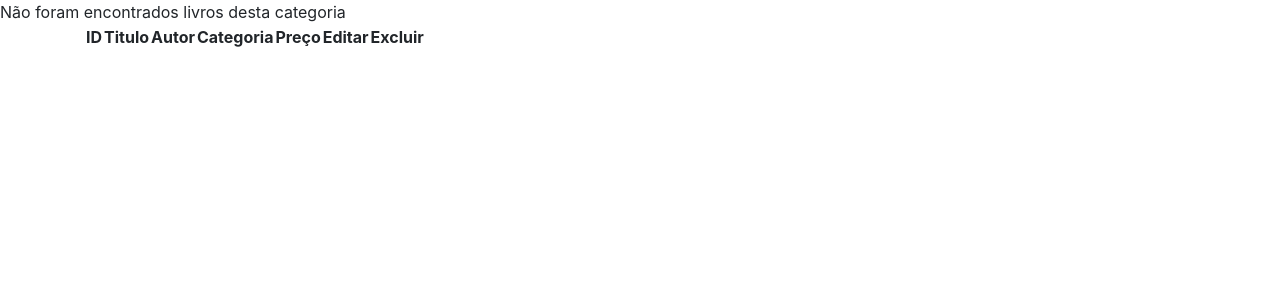
Repository: SrtaVerdant/projeto-livraria
Page: http://localhost/ProjetoLivraria/consultaLivroPorCategoria.jsp
An editor plug-in stored every save of this project. The page is shown before and after a run of saves, followed by the edit.
The browser window is 1280 px wide. The pictures show the whole page.
Some web libraries are served in a nearby version. The page is served by Tomcat 9. Other server files are loaded and not shown. Queries for data that is not in the repository find no rows.

Above is the page before, as saved 2022-10-29 23:45:16.

### ProjetoLivraria/src/main/webapp/consultaLivroPorCategoria.jsp
<%@page import="com.livraria.dao.CategoriaDao"%>
<%@page import="com.livraria.bean.Categoria"%>
<%@page import="java.util.List"%>
<%@ page language="java" contentType="text/html; charset=ISO-8859-1"
    pageEncoding="UTF-8"%>
<!DOCTYPE html>
<html>
	<head>
		<meta charset="UTF-8">
		<title>Consultar livro por categoria</title>
		<link rel="stylesheet" href="https://cdn.jsdelivr.net/npm/bootstrap@4.0.0/dist/css/bootstrap.min.css" integrity="sha384-Gn5384xqQ1aoWXA+058RXPxPg6fy4IWvTNh0E263XmFcJlSAwiGgFAW/dAiS6JXm" crossorigin="anonymous">
		<script src="https://code.jquery.com/jquery-3.2.1.slim.min.js" integrity="sha384-KJ3o2DKtIkvYIK3UENzmM7KCkRr/rE9/Qpg6aAZGJwFDMVNA/GpGFF93hXpG5KkN" crossorigin="anonymous"></script>
		<script src="https://cdn.jsdelivr.net/npm/popper.js@1.12.9/dist/umd/popper.min.js" integrity="sha384-ApNbgh9B+Y1QKtv3Rn7W3mgPxhU9K/ScQsAP7hUibX39j7fakFPskvXusvfa0b4Q" crossorigin="anonymous"></script>
		<script src="https://cdn.jsdelivr.net/npm/bootstrap@4.0.0/dist/js/bootstrap.min.js" integrity="sha384-JZR6Spejh4U02d8jOt6vLEHfe/JQGiRRSQQxSfFWpi1MquVdAyjUar5+76PVCmYl" crossorigin="anonymous"></script>
	</head>
	<body>

		<%@page import="com.livraria.bean.*, com.livraria.dao.*" %>
		<%@ taglib uri="http://java.sun.com/jsp/jstl/core" prefix="c" %>

		<%
			String categoria = request.getParameter("categoria");
			List<Livro> livro = LivroDao.getLivroPorCategoria(categoria);
			request.setAttribute("livro", livro);

			if(livro.isEmpty()){
				out.println("Não foram encontrados livros desta categoria");
			}
		%>

		<div class="container">
			<table>
				<tr>
					<th>ID</th>
					<th>Titulo</th>
					<th>Autor</th>
					<th>Categoria</th>
					<th>Preço</th>
					<th>Editar</th>
					<th>Excluir</th>
				</tr>




				<c:forEach items="${livro}" var="livro">
					<tr>
						<td>${livro.getCodlivro()}</td>
						<td>${livro.getTitulo()}</td>
						<td>${livro.getAutor()}</td>
						<td>${livro.getCategoria()}</td>
						<td>${livro.getPreco()}</td>
						<td> <a href="editar.jsp?codlivro=${livro.getCodlivro()}">Editar</a> </td>
						<td> <a href="">Excluir</a> </td>
					</tr>
				</c:forEach>
			</table>
		</div>


	</body>

</html>

### ProjetoLivraria/src/main/java/com/livraria/dao/LivroDao.java
package com.livraria.dao;

import java.sql.Connection;
import java.sql.DriverManager;
import java.sql.PreparedStatement;
import java.sql.ResultSet;
import java.sql.SQLException;
import java.util.ArrayList;
import java.util.List;

import com.livraria.bean.Livro;

public class LivroDao {
	public static Connection getConnection() {
		Connection connection = null;

		try {
			Class.forName("com.mysql.cj.jdbc.Driver");
			connection = DriverManager.getConnection("jdbc:mysql://localhost/bdlivraria", "root", "root");
		}catch (Exception e) {
			System.out.println(e);
		}
		return connection;
	}


	public static List<Livro> listar() {
		List<Livro> list = new ArrayList<Livro>();

		try {
			Connection connection = getConnection();
			PreparedStatement ps = connection.prepareStatement("SELECT * FROM tblivros");
			ResultSet rs = ps.executeQuery();

			while(rs.next()) {
				Livro livro = new Livro();
				livro.setCodlivro(rs.getInt("codlivro"));
				livro.setTitulo(rs.getString("titulo"));
				livro.setAutor(rs.getString("autor"));
				livro.setCategoria(rs.getString("categoria"));;
				livro.setPreco(rs.getFloat("valor"));
				list.add(livro);
			}
		}catch (Exception e) {
			System.out.println(e);
		}

		return list;
	}

	public static Livro getPorId(int codlivro) {
		Livro livro = null;

		try {
			Connection connection = getConnection();
			PreparedStatement ps =  connection.prepareStatement("SELECT * FROM tblivros WHERE codlivro=?");
			ps.setInt(1, codlivro);
			ResultSet rs = ps.executeQuery();

			while (rs.next()) {
				livro = new Livro();
				livro.setCodlivro(rs.getInt("codlivro"));
				livro.setTitulo(rs.getString("titulo"));
				livro.setAutor(rs.getString("autor"));
				livro.setCategoria(rs.getString("categoria"));
				livro.setPreco(rs.getFloat("valor"));

			}
		}catch (Exception e) {
			System.out.println(e);
		}

		return livro;
	}

	public void alterar(Livro livro) {
		try {
			Connection connection = getConnection();
			PreparedStatement ps = connection.prepareStatement("UPDATE tblivros SET titulo=?, autor=?, categoria=?, valor=? WHERE codlivro=?");

			ps.setString(1, livro.getTitulo());
			ps.setString(2, livro.getAutor());
			ps.setString(3, livro.getCategoria());
			ps.setFloat(4, livro.getPreco());
			ps.setInt(5, livro.getCodlivro());
			ps.execute();
			ps.close();

		}catch (SQLException e) {
			throw new RuntimeException(e);

		}

	}

	public static List<Livro> getLivroPorCategoria(String categoria) {
		List<Livro> list = new ArrayList<Livro>();

		System.out.println(categoria);

		try {
			Connection connection = getConnection();
			PreparedStatement ps =  connection.prepareStatement("SELECT * FROM tblivros WHERE categoria=?");
			ps.setString(1, categoria);
			ResultSet rs = ps.executeQuery();

			while (rs.next()) {
				Livro livro = new Livro();
				livro.setCodlivro(rs.getInt("codlivro"));
				livro.setTitulo(rs.getString("titulo"));
				livro.setAutor(rs.getString("autor"));
				livro.setCategoria(rs.getString("categoria"));
				livro.setPreco(rs.getFloat("valor"));
				list.add(livro);
			}
		}catch (Exception e) {
			System.out.println(e);
		}

		return list;
	}





}

After the next 2 saves:
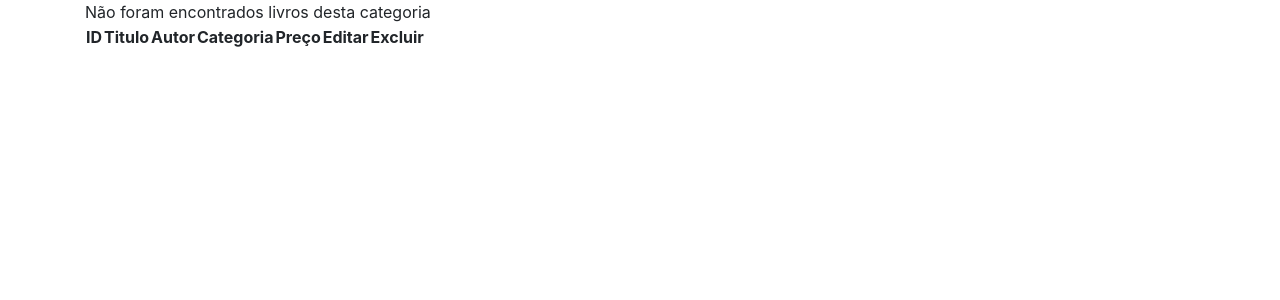
The 2 saves are shown as one change because they came seconds apart.
The last was saved 16 s later.
--- a/ProjetoLivraria/src/main/webapp/consultaLivroPorCategoria.jsp
+++ b/ProjetoLivraria/src/main/webapp/consultaLivroPorCategoria.jsp
@@ -23,9 +23,6 @@
 			List<Livro> livro = LivroDao.getLivroPorCategoria(categoria);
 			request.setAttribute("livro", livro);
 
-			if(livro.isEmpty()){
-				out.println("Não foram encontrados livros desta categoria");
-			}
 		%>
 
 		<div class="container">
@@ -40,8 +37,11 @@
 					<th>Excluir</th>
 				</tr>
 
-
-
+				<%
+					if(livro.isEmpty()){
+						out.println("Não foram encontrados livros desta categoria");
+					}
+				%>
 
 				<c:forEach items="${livro}" var="livro">
 					<tr>

After the save that followed:
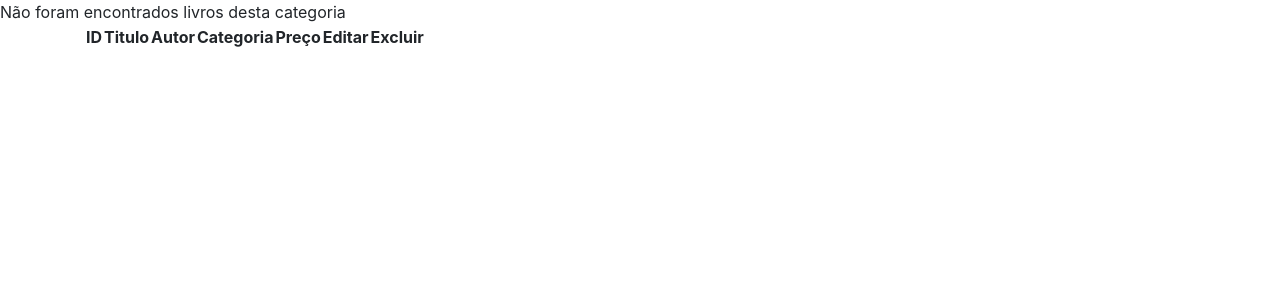
Saved 87 s later.
--- a/ProjetoLivraria/src/main/webapp/consultaLivroPorCategoria.jsp
+++ b/ProjetoLivraria/src/main/webapp/consultaLivroPorCategoria.jsp
@@ -25,6 +25,12 @@
 
 		%>
 
+		<%
+					if(livro.isEmpty()){
+						out.println("Não foram encontrados livros desta categoria");
+					}
+				%>
+
 		<div class="container">
 			<table>
 				<tr>
@@ -37,11 +43,7 @@
 					<th>Excluir</th>
 				</tr>
 
-				<%
-					if(livro.isEmpty()){
-						out.println("Não foram encontrados livros desta categoria");
-					}
-				%>
+
 
 				<c:forEach items="${livro}" var="livro">
 					<tr>
